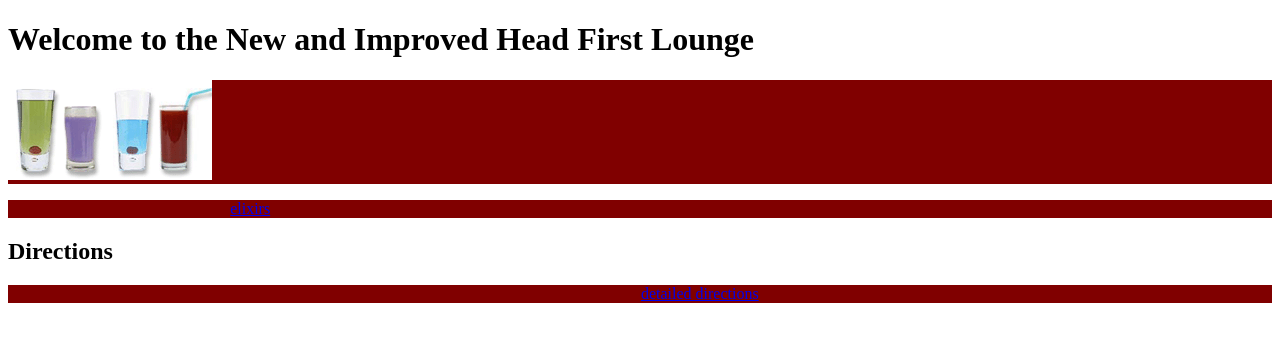
Repository: Dearning/head-first-html-css
Page: chapter7/lounge.html
The author's editor kept a copy of each file at every save. The page is drawn from the files as they stood at one save, then again after the next save.
The browser window is 1280 px wide. The pictures show the whole page.

Above is the page before, as saved 2021-09-20 18:34:48.

### chapter7/lounge.html
<!doctype html>
<html>
  <head>
    <meta charset="utf-8">
    <title>Head First Lounge</title>
    <style>
      p{color: maroon;
      background-color: maroon;}
    </style>
  </head>
  <body>
    <h1>Welcome to the New and Improved Head First Lounge</h1>
	<p>
    	<img src="images/drinks.gif" alt="Drinks">
	</p>
    <p>
      Join us any evening for refreshing
      <a href="beverages/elixir.html">elixirs</a>,
      conversation and maybe a game or two of
      <em>Dance Dance Revolution</em>.
      Wireless access is always provided;
      BYOWS (Bring Your Own Web Server).
    </p>
    <h2>Directions</h2>
    <p>
      You'll find us right in the center
      of downtown Webville.  If you need help finding
      us, check out our
      <a href="about/directions.html">detailed directions</a>.
      Come join us!
    </p>
  </body>
</html>

After the next save:
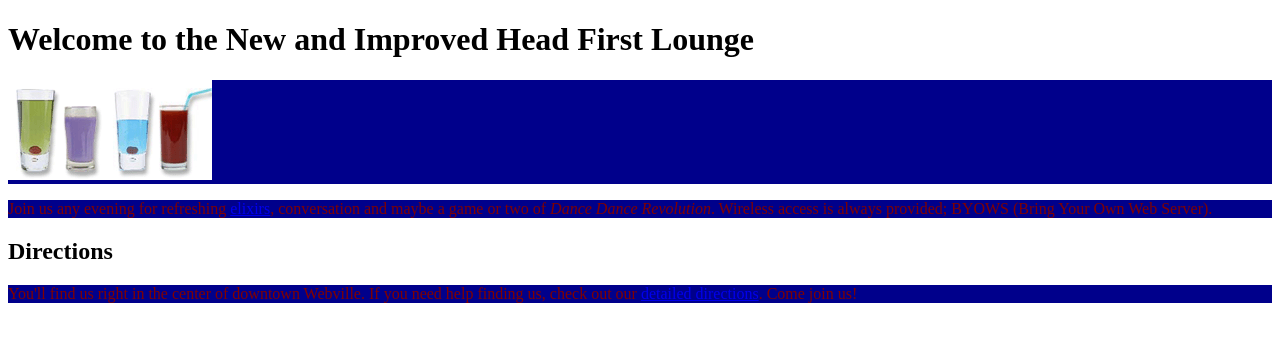
Saved 8 s later.
--- a/chapter7/lounge.html
+++ b/chapter7/lounge.html
@@ -5,7 +5,7 @@
     <title>Head First Lounge</title>
     <style>
       p{color: maroon;
-      background-color: maroon;}
+      background-color: darkblue;}
     </style>
   </head>
   <body>
